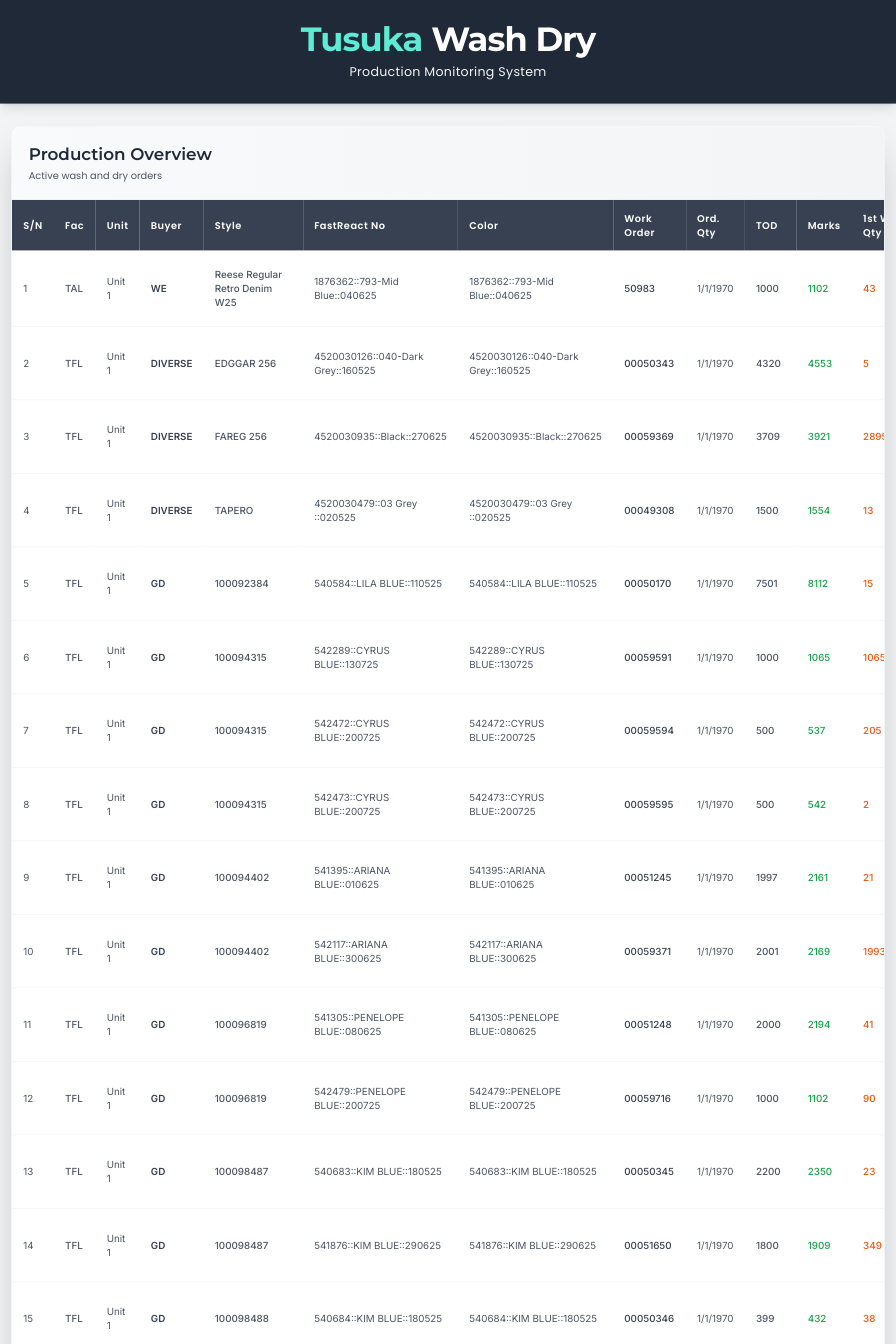
Repository: AhmedMuktadir14218/TusukaDryWash
Page: 1st Wash/index.html
These files come from the project's save history. The page is drawn as it stood at one moment and after the next save; the edit follows.
The browser window is 1280 px wide. The pictures show the part of the page from y = 0 to 1920 px (the page is 4087 px tall), at 70% of full size.
Some web libraries are served in a nearby version.

Above is the page before, as saved 2025-07-01 11:54:34.

After the next save:
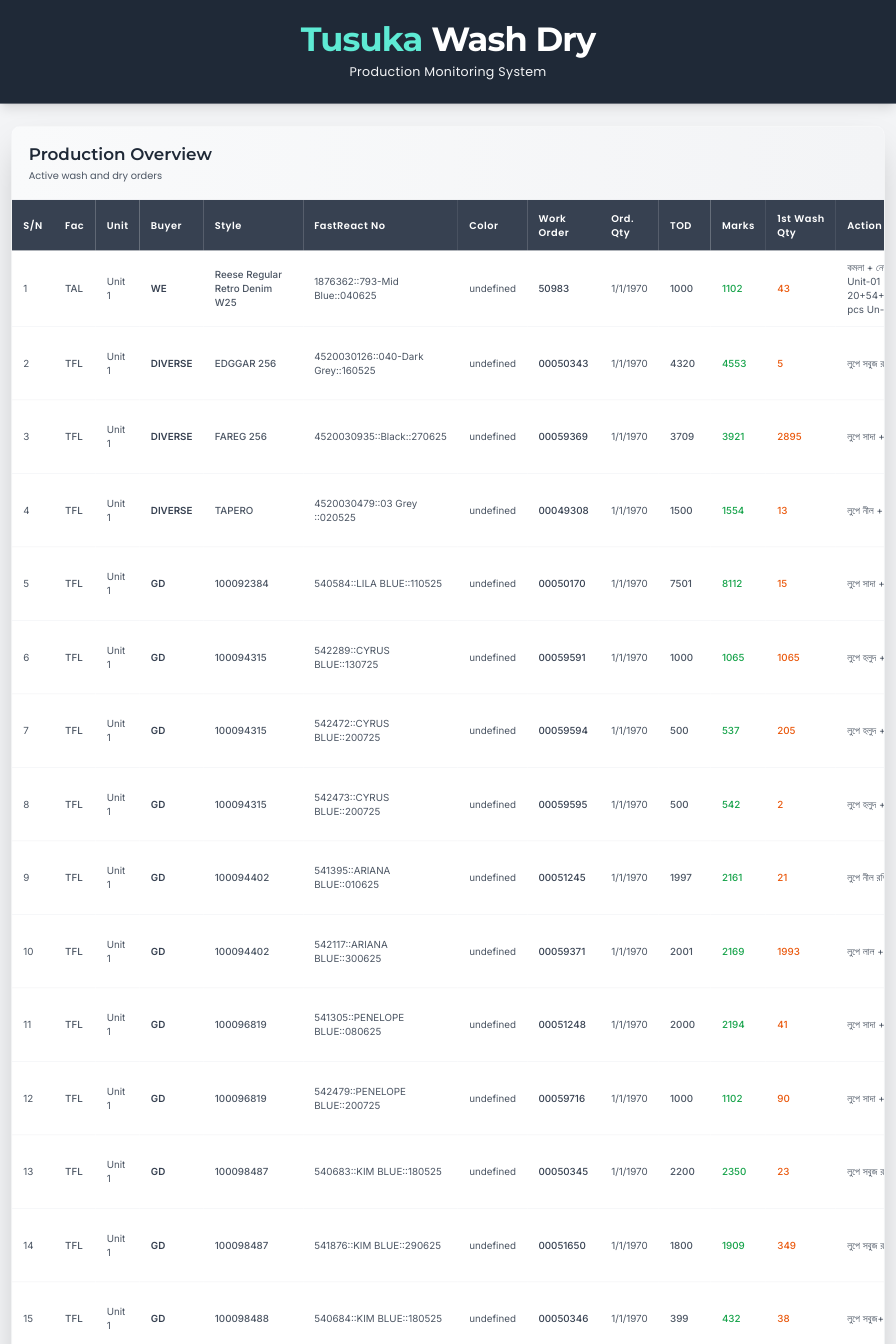
Saved 9 s later.
--- a/1st Wash/script.js
+++ b/1st Wash/script.js
@@ -30,7 +30,7 @@ function populateTable(data) {
             <td class="px-4 py-3.5 font-semibold text-gray-700" data-label="Buyer">${row.Buyer}</td>
             <td class="px-4 py-3.5 text-gray-600 font-medium" data-label="Style">${row['Style Name']}</td>
             <td class="px-4 py-3.5 text-gray-600" data-label="PO/Color">${row['FastReact No']}</td>
-            <td class="px-4 py-3.5 text-gray-600" data-label="PO/Color">${row['FastReact No']}</td>
+            <td class="px-4 py-3.5 text-gray-600" data-label="PO/Color">${row.color}</td>
             <td class="px-4 py-3.5 text-gray-700 font-medium" data-label="Work Order">${row['Work Order No']}</td>
             <td class="px-4 py-3.5 text-gray-600" data-label="T. Date">${new Date(row.TOD).toLocaleDateString()}</td>
             <td class="px-4 py-3.5 text-gray-600 font-medium" data-label="Ord. Qty">${row['Order Quantity']}</td>
